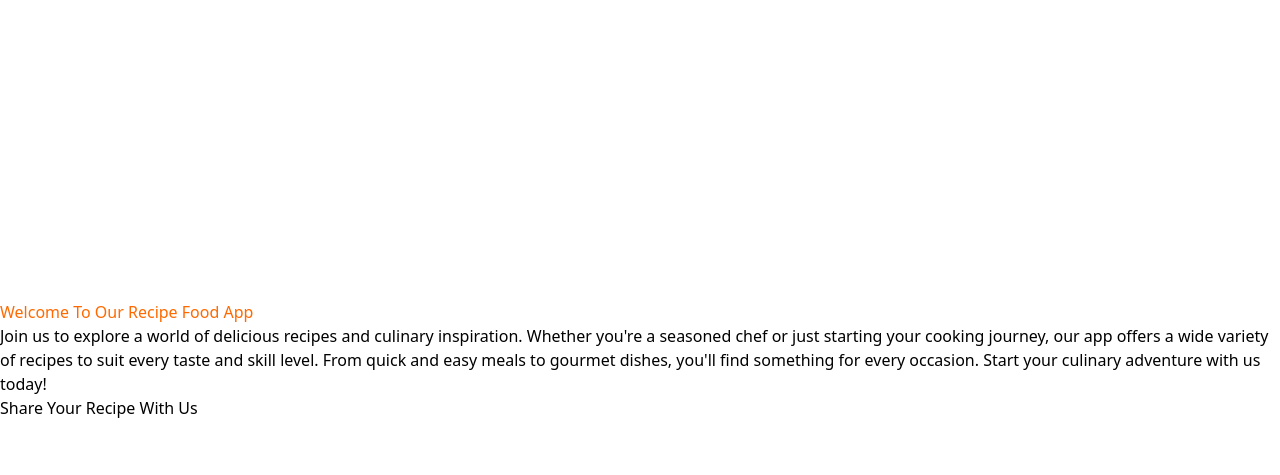
Repository: Eslam0Mohamed/mern-recipe-app
Page: / (app in FrontEnd/)
An editor plug-in stored every save of this project. The page is shown before and after the next save, followed by the edit.
The browser window is 1280 px wide. The pictures show the whole page.
The project was rebuilt for these pictures with package versions that can differ from the ones it lists, and the page was loaded fresh each time. Also part of the build but not shown: FrontEnd/vite.config.js.

Above is the page before, as saved 2026-05-07 17:54:30.

After the next save:
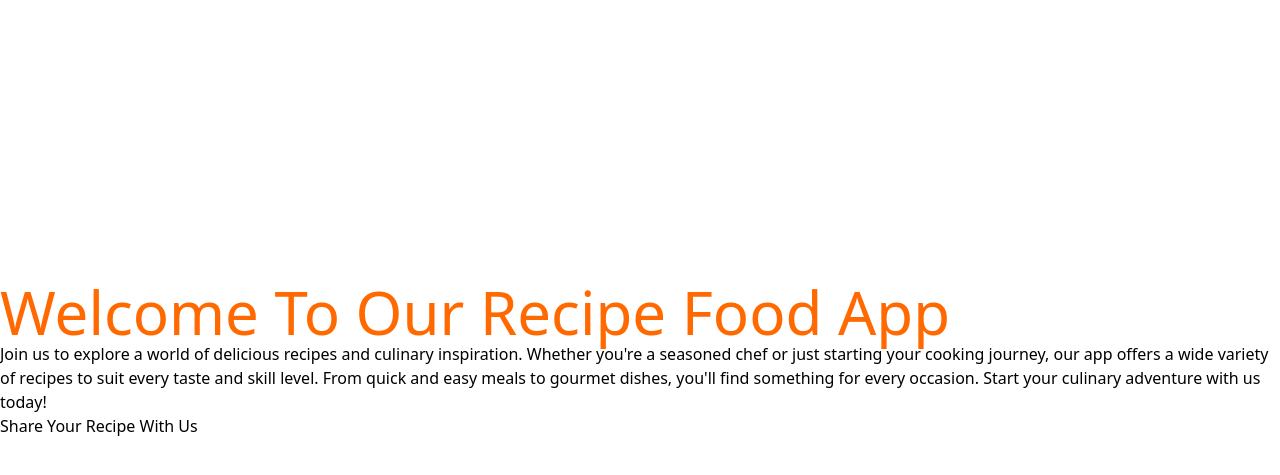
Saved 4 s later.
--- a/FrontEnd/src/pages/Home.jsx
+++ b/FrontEnd/src/pages/Home.jsx
@@ -4,7 +4,7 @@ function Home() {
   return (
     <section className={`bg-[image:url(${backgroundImage})] bg-cover h-screen flex items-center justify-center`}>
       <div className='left'>
-        <h1 className='text-orange-500 text-'>Welcome To Our Recipe Food App</h1>
+        <h1 className='text-orange-500 text-6xl '>Welcome To Our Recipe Food App</h1>
         <p>Join us to explore a world of delicious recipes and culinary inspiration. Whether you're a seasoned chef or just starting your cooking journey, our app offers a wide variety of recipes to suit every taste and skill level. From quick and easy meals to gourmet dishes, you'll find something for every occasion. Start your culinary adventure with us today!</p>
       <button>Share Your Recipe With Us</button>
       </div>
